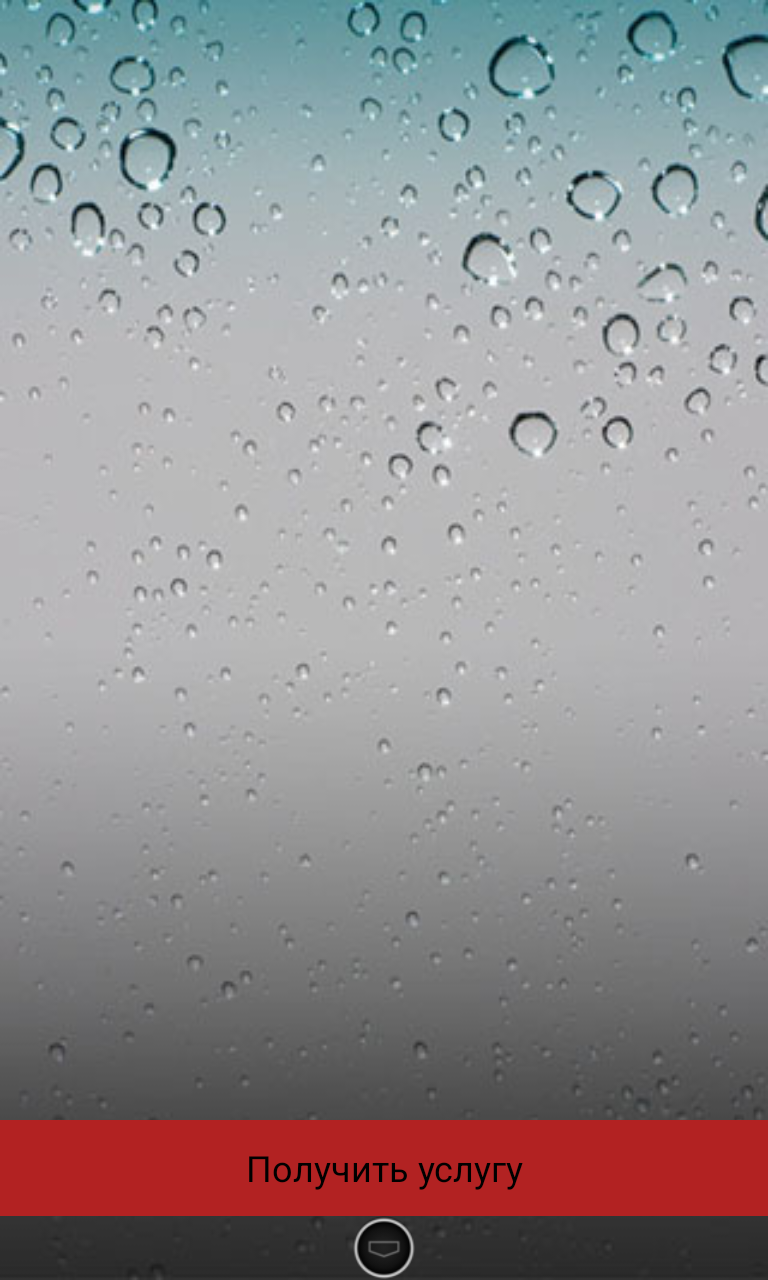
Repository: complexityclass/GosClient
Layout: Client/res/layout/activity_service.xml
These files come from the project's save history. The layout is drawn as it stood at one moment and after the next save; the edit follows.
It is drawn on a 768 x 1280 px phone screen (xhdpi) without system bars, with theme AppTheme; the app's code is not run. Lists and similar views that code fills are empty.

Above is the layout before, as saved 2013-04-23 11:50:17.

### Client/res/layout/activity_service.xml
<?xml version="1.0" encoding="utf-8"?>
<LinearLayout xmlns:android="http://schemas.android.com/apk/res/android"
    android:layout_width="fill_parent"
    android:layout_height="fill_parent"
    android:orientation="vertical" >

    <SlidingDrawer
        android:id="@+id/drawer"
        android:layout_width="fill_parent"
        android:layout_height="fill_parent"
        android:background="@drawable/kapli"
        android:content="@+id/content"
        android:handle="@+id/handle"
        android:rotation="0" >

        <LinearLayout
            android:id="@id/content"
            android:layout_width="fill_parent"
            android:layout_height="fill_parent"
            android:orientation="vertical"
            android:rotation="0" >

            <ExpandableListView
                android:id="@+id/exListView"
                android:layout_width="fill_parent"
                android:layout_height="wrap_content"
                android:background="@drawable/back"
                android:indicatorLeft="250dp"
                android:indicatorRight="300dp" />
        </LinearLayout>

        <LinearLayout
            android:id="@id/handle"
            android:layout_width="match_parent"
            android:layout_height="wrap_content"
            android:orientation="vertical"
            android:rotation="0" >

            <Button
                android:id="@+id/buttonGetSevice"
                android:layout_width="match_parent"
                android:layout_height="wrap_content"
                android:text="Получить услугу"
                android:background="#B22222" />

            <ImageView
                android:id="@+id/imageView23"
                android:layout_width="match_parent"
                android:layout_height="fill_parent"
                android:contentDescription="@string/Habarovsk"
                android:src="@drawable/upbutton" />

        </LinearLayout>
    </SlidingDrawer>

</LinearLayout>

### Client/res/values/strings.xml
<?xml version="1.0" encoding="utf-8"?>
<resources>

    <string name="app_name">Client</string>
    <string name="hello_world">Hello world!</string>
    <string name="menu_settings">Settings</string>
    <string name="title_activity_main">MainActivity</string>
    <string name="title_activity_about_us">About us</string>
    <string name="title_activity_news">News</string>
    <string name="title_activity_citizen_reg">Citizens</string>
    <string name="title_activity_agencies">Agencies</string>
    <string name="title_activity_areas_of">Areas</string>
    <string name="agencies_ru">Ведомства</string>
    <string name="about_project_ru">О проекте</string>
    <string name="areas_of_ru">Направления деятельности</string>
    <string name="news_ru">Новости</string>
    <string name="organizations_ru">Организациям</string>
    <string name="electronic_services_ru">Электронные услуги</string>
    <string name="life_situations_ru">Жизненные ситуации</string>
    <string name="information_ru">Информация</string>
    <string name="visitor_statistics_ru">Статистика посещений</string>
    <string name="search_news_ru">Поиск по новостям</string>
    <string name="citizens_ru">Гражданам</string>
    <string name="spots_treatment_ru">Места обращения</string>
    <string name="useful_links_ru">Полезные ссылки</string>
    <string name="universal_card_ru">Развитие универсальной электронной карты</string>
    <string name="faq_ru">Часто задаваемые вопросы</string>
    <string name="title_activity_test">TestActivity</string>
    <string name="title_activity_web_view">WebViewActivity</string>
    <string name="title_section3">Section 3</string>
    <string name="title_section2">Section 2</string>
    <string name="title_section1">Section 1</string>
    <string name="title_activity_swipe">SwipeActivity</string>
    <string name="title_activity_life_situations">LifeSituationsActivity</string>
    <string name="action_settings">Settings</string>
    <string name="label1">Tab 1</string>
    <string name="label2">Tab 2</string>
    <string name="label3">Tab 3</string>
    <string name="federational">Федеральные</string>
    <string name="munitipal">Муниципальные</string>
    <string name="regional">Региональные</string>
    <string name="title_activity_expandable_list_view_test">ExpandableListViewTest</string>
    <string name="title_activity_expandable_list">ExpandableListActivity</string>
    <string name="Habarovsk_Servise">Хабаровск Услуги</string>
    <string name="Habarovsk">Habarovsk</string>
    <string name="title_activity_service">ServiceActivity</string>
    <string name="title_activity_news_archive">NewsArchiveActivity</string>

</resources>

Loaded but not shown: Client/res/values-v11/styles.xml (common file); Client/res/values-v14/styles.xml (common file); Client/res/values/styles.xml (common file)

After the next save:
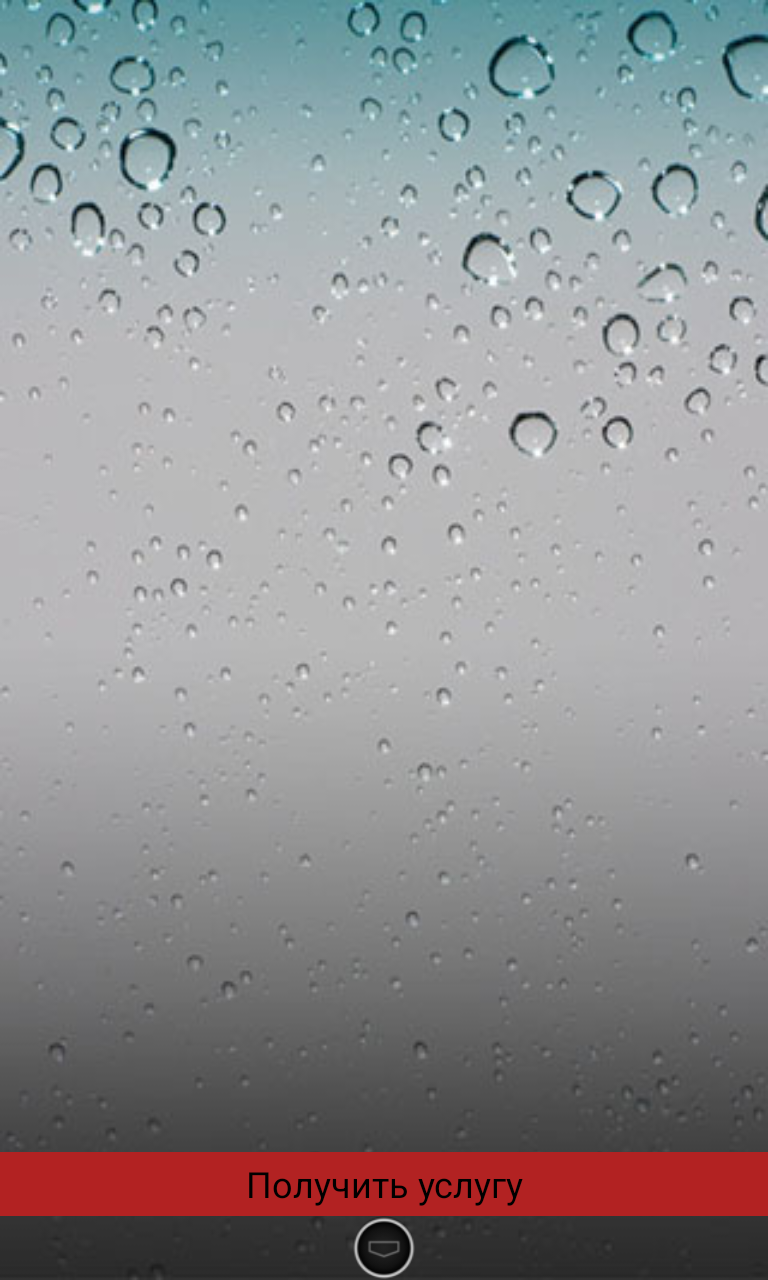
Saved 34 s later.
--- a/Client/res/layout/activity_service.xml
+++ b/Client/res/layout/activity_service.xml
@@ -39,9 +39,9 @@
             <Button
                 android:id="@+id/buttonGetSevice"
                 android:layout_width="match_parent"
-                android:layout_height="wrap_content"
-                android:text="Получить услугу"
-                android:background="#B22222" />
+                android:layout_height="32dp"
+                android:background="#B22222"
+                android:text="Получить услугу" />
 
             <ImageView
                 android:id="@+id/imageView23"
